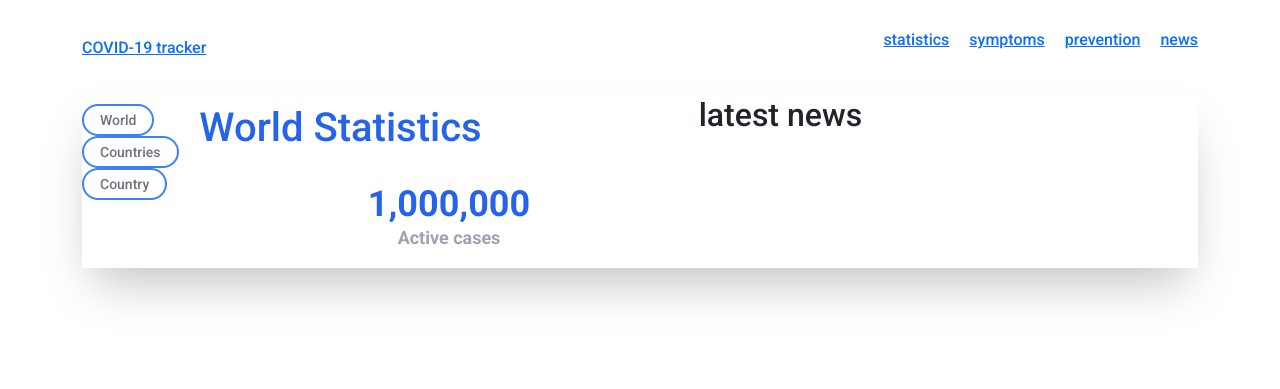
Repository: latenightsnacc/covid-19tracker
Page: design/index.html
These files come from the project's save history. The page is drawn as it stood at one moment and after the next save; the edit follows.
The browser window is 1280 px wide. The pictures show the whole page.
Some web libraries are served in a nearby version.

Above is the page before, as saved 2021-07-22 16:33:08.

### design/index.html
<!DOCTYPE html>
<html lang="en">
<head>
    <meta charset="UTF-8">
    <meta http-equiv="X-UA-Compatible" content="IE=edge">
    <meta name="viewport" content="width=device-width, initial-scale=1.0">
    <!--Tailwind Css-->
    <link href="https://unpkg.com/tailwindcss@^2/dist/tailwind.min.css" rel="stylesheet">
    <!--Bootstrap CSS-->
    <link href="https://cdn.jsdelivr.net/npm/bootstrap@5.0.0-beta3/dist/css/bootstrap.min.css" rel="stylesheet" integrity="sha384-eOJMYsd53ii+scO/bJGFsiCZc+5NDVN2yr8+0RDqr0Ql0h+rP48ckxlpbzKgwra6" crossorigin="anonymous">
    <!--Font Awesome 5 CDN-->
    <link href="https://cdnjs.cloudflare.com/ajax/libs/font-awesome/5.13.0/css/all.min.css" rel="stylesheet">
    <!--Roboto: Google Font-->
    <link rel="preconnect" href="https://fonts.googleapis.com">
<link rel="preconnect" href="https://fonts.gstatic.com" crossorigin>
<link href="https://fonts.googleapis.com/css2?family=Roboto:wght@300;500;700&display=swap" rel="stylesheet">
    <title>COVID-19 Tracker</title>
    <style>
        * {
            font-family: 'Roboto', sans-serif;
        }
        #coco {

            fill: rgb(1, 1, 58);
            stroke: rgb(95, 4, 80);
            stroke-width: 5px;
            animation: virus-spin infinite 20s linear;

        }

        @keyframes virus-spin {
            from {
                /* transform: rotate(0deg); */
                transform: rotateZ(0deg);
            }
            to {
                transform: rotateZ(-360deg);
            }
        }

    </style>
</head>
<body>
    <main class="m-auto">
        <!--Navigation Component-->
        <div class="container">
            <nav class="flex justify-between w-100 items-center h-24">
                <a href="index.html">
                    <div>COVID-19 tracker</div>
                </a>
                <ul class="flex">
                    <li>
                        <a href="">statistics</a>
                    </li>
                    <li class="ml-5">
                        <a href="">symptoms</a>
                    </li>
                    <li class="ml-5">
                        <a href="">prevention</a>
                    </li>
                    <li class="ml-5">
                        <a href="">news</a>
                    </li>
                </ul>
            </nav>
        </div>

        <div class="container">
            <div class="flex flex-col md:flex-row  shadow-2xl">
                <div class="tags py-2">
                    <button class="border-2 border-blue-500 px-3 py-1 rounded-2xl text-gray-500 hover:bg-blue-500 hover:text-white text-mute text-sm capitalize">world</button>
                    <button class="border-2 border-blue-500 px-3 py-1 rounded-2xl text-gray-500 hover:bg-blue-500 hover:text-white text-mute text-sm capitalize">countries</button>
                    <button class="border-2 border-blue-500 px-3 py-1 rounded-2xl text-gray-500 hover:bg-blue-500 hover:text-white text-mute text-sm capitalize">country</button>
                </div>
                <div class="w-100 md:w-1/2">
                    <h1 class="text-blue-600 text-left py-2">World Statistics</h1>
                    <div class="stats">
                        <div class="w-56 flex flex-col items-center justify-center p-3 m-auto">
                            <span class="text-4xl text-blue-600 font-bold">1,000,000</span>
                            <span class="text-lg text-gray-400 font-bold">Active cases</span> </div>
                    </div>

                </div>
                <div class="w-100 md:w-1/2">
                    <h2>latest news</h2>

                </div>

            </div>
        </div>
    </main>
</body>
</html>

After the next save:
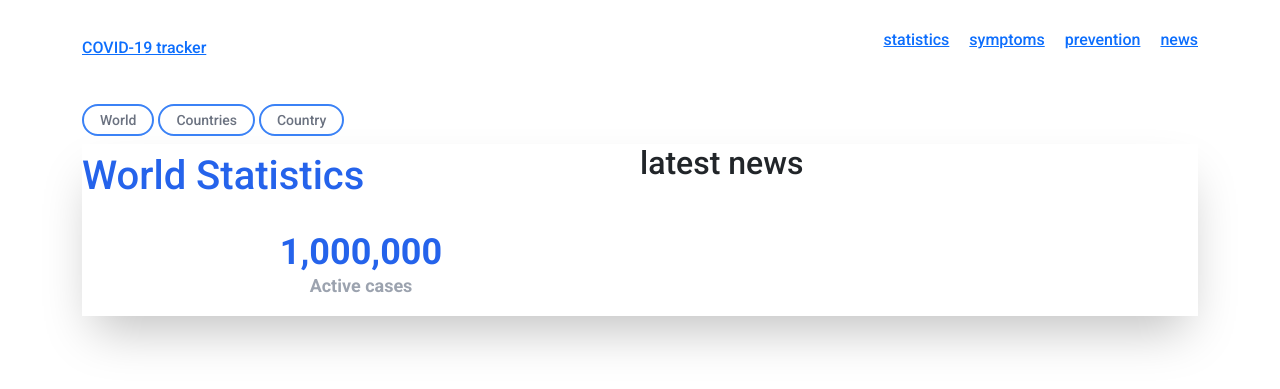
Saved 45 s later.
--- a/design/index.html
+++ b/design/index.html
@@ -66,12 +66,13 @@
         </div>
 
         <div class="container">
+            <div class="tags py-2">
+                <button class="border-2 border-blue-500 px-3 py-1 rounded-2xl text-gray-500 hover:bg-blue-500 hover:text-white text-mute text-sm capitalize">world</button>
+                <button class="border-2 border-blue-500 px-3 py-1 rounded-2xl text-gray-500 hover:bg-blue-500 hover:text-white text-mute text-sm capitalize">countries</button>
+                <button class="border-2 border-blue-500 px-3 py-1 rounded-2xl text-gray-500 hover:bg-blue-500 hover:text-white text-mute text-sm capitalize">country</button>
+            </div>
             <div class="flex flex-col md:flex-row  shadow-2xl">
-                <div class="tags py-2">
-                    <button class="border-2 border-blue-500 px-3 py-1 rounded-2xl text-gray-500 hover:bg-blue-500 hover:text-white text-mute text-sm capitalize">world</button>
-                    <button class="border-2 border-blue-500 px-3 py-1 rounded-2xl text-gray-500 hover:bg-blue-500 hover:text-white text-mute text-sm capitalize">countries</button>
-                    <button class="border-2 border-blue-500 px-3 py-1 rounded-2xl text-gray-500 hover:bg-blue-500 hover:text-white text-mute text-sm capitalize">country</button>
-                </div>
+
                 <div class="w-100 md:w-1/2">
                     <h1 class="text-blue-600 text-left py-2">World Statistics</h1>
                     <div class="stats">
